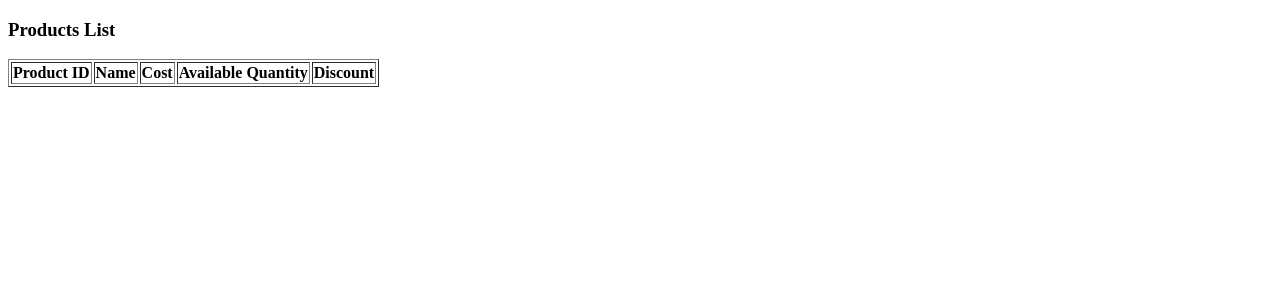
Repository: nelsonamaran14/OnlineShopping_CaseStudy2
Page: http://localhost/OnlineShopping/addtoCart
These files come from the project's save history. The page is drawn as it stood at one moment and after the next save; the edit follows.
The browser window is 1280 px wide. The pictures show the whole page.
The page is served by Tomcat 9. Queries for data that is not in the repository find no rows.

Above is the page before, as saved 2023-09-05 10:30:59.

After the next save:
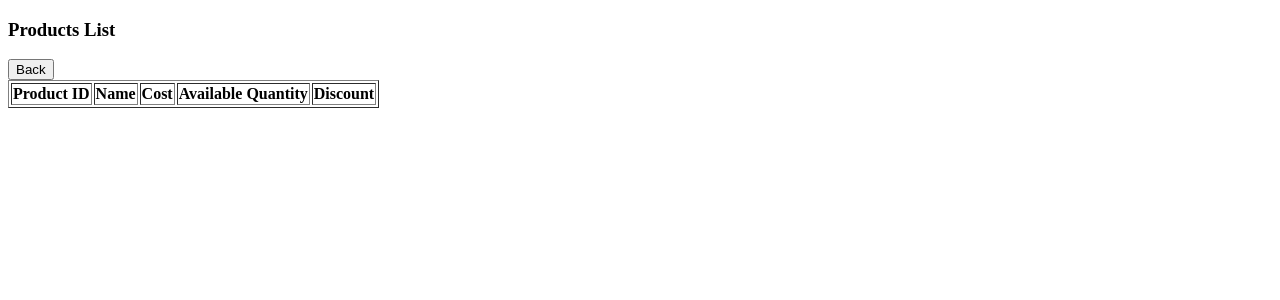
Saved 23 min 16 s later.
--- a/OnlineShopping/src/main/webapp/addcart.jsp
+++ b/OnlineShopping/src/main/webapp/addcart.jsp
@@ -5,13 +5,15 @@
 <html>
 <head>
 <meta charset="ISO-8859-1">
-<title>Add to cart</title>
+<title>===== Add Cart Products =====</title>
 </head>
 <body>
 	<h3>
 	Products List
 	</h3>
-
+	<form action="back">
+		<input type="submit" value="Back"/>
+	</form>
     <table border="1">
         <tr>
             <th>Product ID</th>
@@ -22,16 +24,16 @@
         </tr>
         <c:forEach var="product" items="${list}">
             <tr>
-                <td>${product.prod_no}</td>
-                <td>${product.pname}</td>
-                <td>${product.price}</td>
+                <td>${product.id}</td>
+                <td>${product.name}</td>
+                <td>${product.cost}</td>
                 <td>${product.quantity}</td>
                 <td>${product.discount}</td>
 				<td>
 	                <form action="addItems">
-        				<input type="hidden" name="prod_no" value="${product.prod_no}"/>
-        				<input type="hidden" name="pname" value="${product.pname}"/>
-        				<input type="hidden" name="price" value="${product.price}"/>
+        				<input type="hidden" name="id" value="${product.id}"/>
+        				<input type="hidden" name="name" value="${product.name}"/>
+        				<input type="hidden" name="cost" value="${product.cost}"/>
         				<input type="hidden" name="discount" value="${product.discount}"/>
         				<input type="submit" value="Add to Cart" />
     	            </form>
